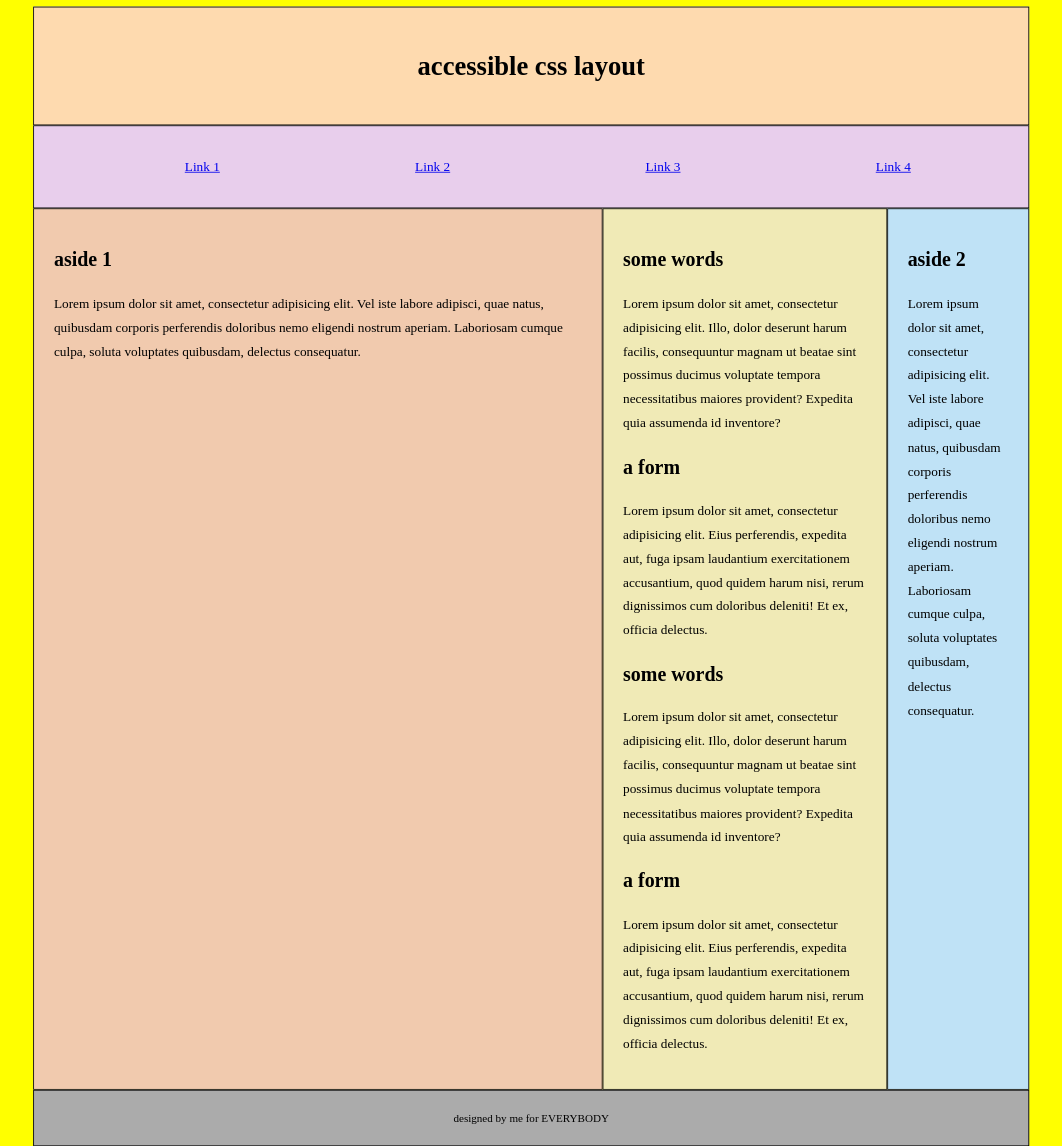
Repository: ethan-schrauf/UniversalDesignWebsite
Page: lab4.html
These files come from the project's save history. The page is drawn as it stood at one moment and after the next save; the edit follows.
The browser window is 1280 px wide. The pictures show the whole page, at 83% of full size.

Above is the page before, as saved 2023-10-24 21:20:01.

### lab4.html

<!DOCTYPE html>

<html lang="en">
<head>
  <meta charset="UTF-8">
  <meta name="viewport" content="width=device-width, initial-scale=1.0">
  <meta http-equiv="X-UA-Compatible" content="ie=edge">
  <title>Accessible grid</title>
  <link href="lab4.css" rel="stylesheet">
</head>
<body>
<div class="container">
  <header>
    <h1>accessible css layout</h1>
  </header>
  <nav>
    <ul>
      <li><a href="#">Link 1</a></li>
      <li><a href="#">Link 2</a></li>
      <li><a href="#">Link 3</a></li>
      <li><a href="#">Link 4</a></li>
    </ul>
  </nav>
  <main>
    <section>
      <h2>some words</h2>
      <p>Lorem ipsum dolor sit amet, consectetur adipisicing elit. Illo, dolor deserunt harum facilis, consequuntur magnam ut beatae sint possimus ducimus voluptate tempora necessitatibus maiores provident? Expedita quia assumenda id inventore?</p>
      <h2>a form</h2>
      <p>Lorem ipsum dolor sit amet, consectetur adipisicing elit. Eius perferendis, expedita aut, fuga ipsam laudantium exercitationem accusantium, quod quidem harum nisi, rerum dignissimos cum doloribus deleniti! Et ex, officia delectus.</p>
      <h2>some words</h2>
      <p>Lorem ipsum dolor sit amet, consectetur adipisicing elit. Illo, dolor deserunt harum facilis, consequuntur magnam ut beatae sint possimus ducimus voluptate tempora necessitatibus maiores provident? Expedita quia assumenda id inventore?</p>
      <h2>a form</h2>
      <p>Lorem ipsum dolor sit amet, consectetur adipisicing elit. Eius perferendis, expedita aut, fuga ipsam laudantium exercitationem accusantium, quod quidem harum nisi, rerum dignissimos cum doloribus deleniti! Et ex, officia delectus.</p>
    </section>
  </main>
  <aside id="aside1">
    <h2>aside 1</h2>
    <p>Lorem ipsum dolor sit amet, consectetur adipisicing elit. Vel iste labore adipisci, quae natus, quibusdam corporis perferendis doloribus nemo eligendi nostrum aperiam. Laboriosam cumque culpa, soluta voluptates quibusdam, delectus consequatur.</p>
  </aside>
  <aside id="aside2">
    <h2>aside 2</h2>
    <p>Lorem ipsum dolor sit amet, consectetur adipisicing elit. Vel iste labore adipisci, quae natus, quibusdam corporis perferendis doloribus nemo eligendi nostrum aperiam. Laboriosam cumque culpa, soluta voluptates quibusdam, delectus consequatur.</p>
  </aside>
  <footer>
    <small> designed by me for EVERYBODY</small>
  </footer>

</div> <!-- end container -->
</body>
</html>

### lab4.css
body {
    background: yellow;
}

/* css reset */
::before,
::after {
    box-sizing: border-box;
    padding: 0;
    margin: 0;
}

h1,
h2,
h3 {
    padding: .2em 0;
}

p {
    margin: 1.0em 0;
    line-height: 1.8em;
}

header,
nav,
main,
aside,
footer {
    padding: 1.5em;
    border: 1px black solid;
}

header,
footer {
    text-align: center;
}

.container {
    max-width: 1200px;
    margin: 0 auto;
    background: rgb(175, 222, 176);
    display: grid;
    width: 100vw;
    height: 100vh;
    grid-template-columns:
     4fr       2fr       1fr;
    grid-template-areas:
    "heady     heady     heady"
    "navvy     navvy     navvy"
    "aside1    mainy     aside2"
    "aside1    mainy     aside2"
    "aside1    mainy     aside2"
    "footy     footy     footy";
  }

  header {grid-area: heady; background:rgb(254, 218, 175);}
nav {grid-area: navvy; background:rgb(232, 206, 236);}
main {grid-area: mainy; background: rgb(240, 234, 182); max-height: 100%;}
#aside1 {grid-area: aside1; background: rgb(241, 202, 174);}
#aside2 {grid-area: aside2; background: rgb(191, 226, 246);}
footer {grid-area: footy; background: rgb(171, 171, 171);}

nav ul {
    display: flex;
    flex-flow: row nowrap;
    justify-content: space-around;
    }

    nav ul li {
      list-style: none
    }

    @media screen
      and (min-width: 641px)
      and (max-width: 900px)  {
    .container {
    grid-template-columns:
       1fr 1fr;
    grid-template-areas:
      "heady heady"
      "navvy navvy"
      "mainy mainy"
      "aside1 aside2"
      "footy footy";
    }
    }

    @media screen
      and (max-width: 640px)  {
    .container {
    grid-template-columns:
       1fr;
    grid-template-areas:
      "heady"
      "mainy"
      "aside1"
      "aside2"
      "navvy"
      "footy";
    }
    nav ul {
      flex-flow: column nowrap;
      text-align: center;
    }
    nav ul li a {
      display: block;
      padding: 10px 5px;
      margin: 5px;
      border: 1px black solid;
      background: white;

    }
    }

After the next save:
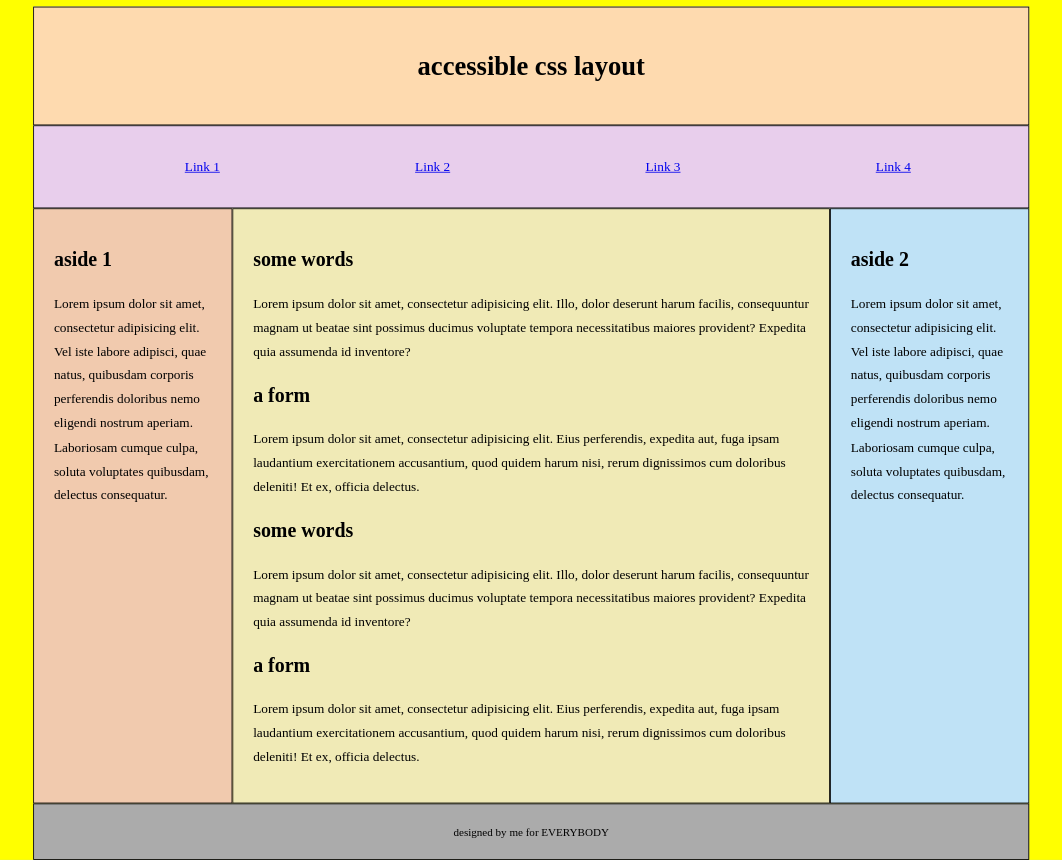
Saved 5 s later.
--- a/lab4.css
+++ b/lab4.css
@@ -43,7 +43,7 @@ footer {
     width: 100vw;
     height: 100vh;
     grid-template-columns:
-     4fr       2fr       1fr;
+     1fr       3fr       1fr;
     grid-template-areas:
     "heady     heady     heady"
     "navvy     navvy     navvy"
